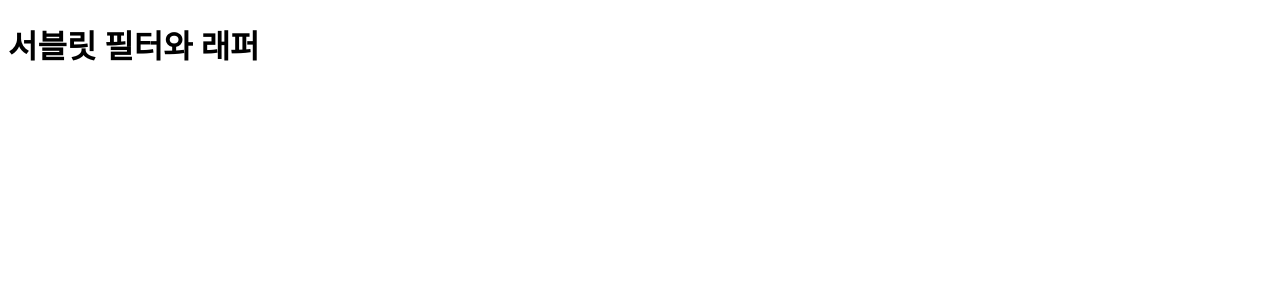
Repository: steeveelee2/WEB_Study
Page: webWorkspace/servlet3Project/web/views/login.html
These files come from the project's save history. The page is drawn as it stood at one moment and after the next save; the edit follows.
The browser window is 1280 px wide. The pictures show the whole page.

Above is the page before, as saved 2018-10-12 04:02:41.

### webWorkspace/servlet3Project/web/views/login.html
<!DOCTYPE html>
<html>
<head>
<meta charset="UTF-8">
<title>서블릿 필터와 래퍼</title>
</head>
<body>
	<h1>서블릿 필터와 래퍼</h1>
</body>
</html>

After the next save:
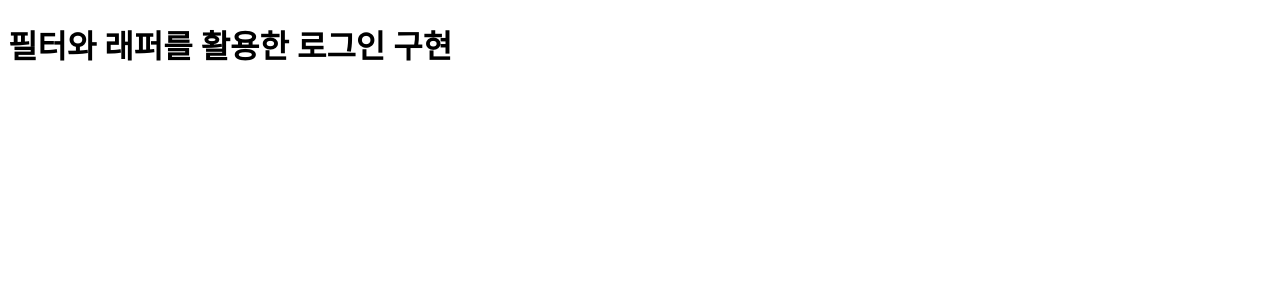
Saved 75 s later.
--- a/webWorkspace/servlet3Project/web/views/login.html
+++ b/webWorkspace/servlet3Project/web/views/login.html
@@ -2,9 +2,13 @@
 <html>
 <head>
 <meta charset="UTF-8">
-<title>서블릿 필터와 래퍼</title>
+<title>사용자 로그인 확인</title>
 </head>
 <body>
-	<h1>서블릿 필터와 래퍼</h1>
+	<h1>필터와 래퍼를 활용한 로그인 구현</h1>
+
+	<form action="/sp3/login.me" method="post">
+
+	</form>
 </body>
 </html>
